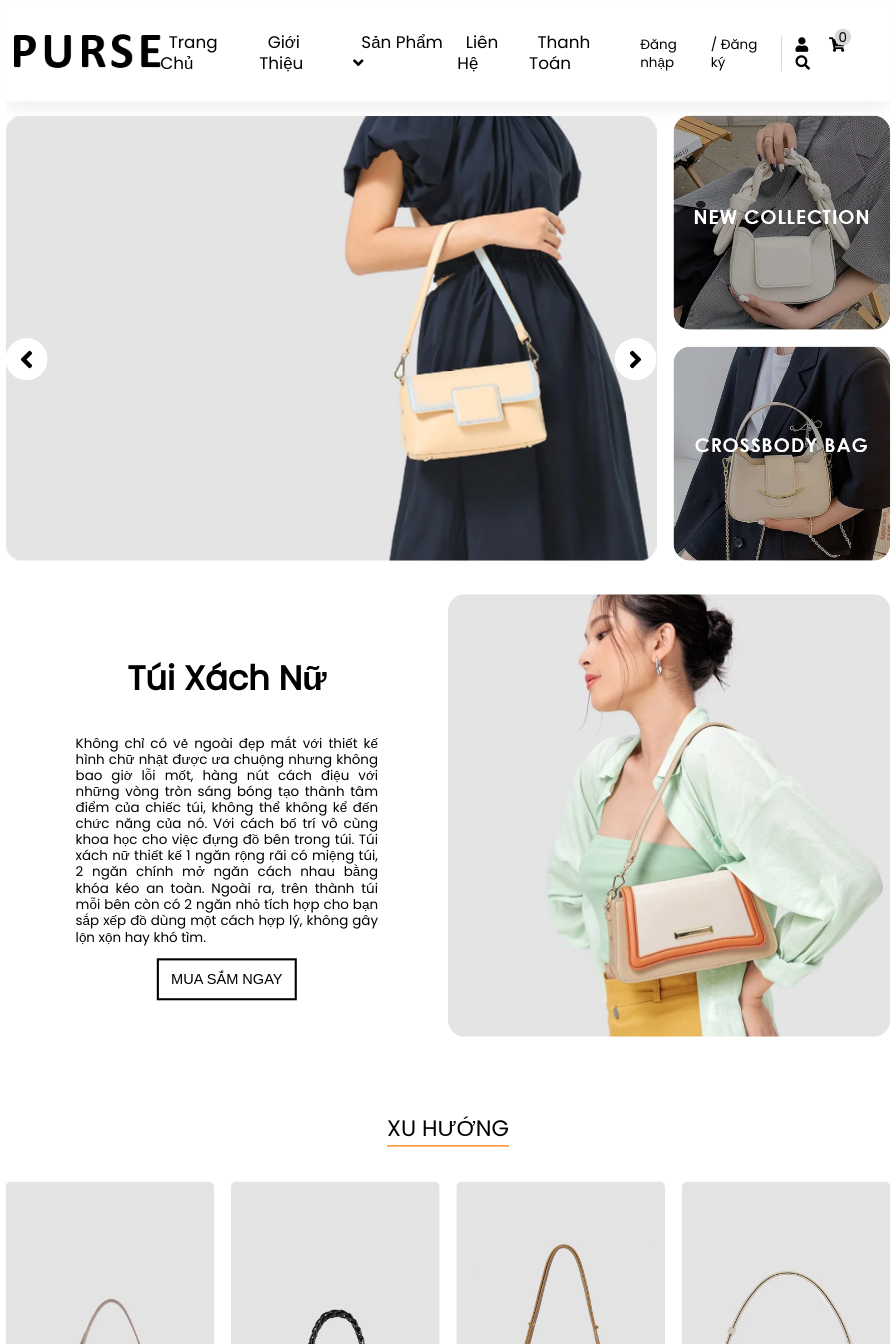
Repository: minh352623/project_firebase
Page: trangchu.html
An editor plug-in stored every save of this project. The page is shown before and after the next save, followed by the edit.
The browser window is 1280 px wide. The pictures show the part of the page from y = 0 to 1920 px (the page is 5552 px tall), at 70% of full size.
Backgrounds fixed to the window are drawn as part of the page. Some web libraries are served in a nearby version.

Above is the page before, as saved 2022-05-12 19:39:51.

After the next save:
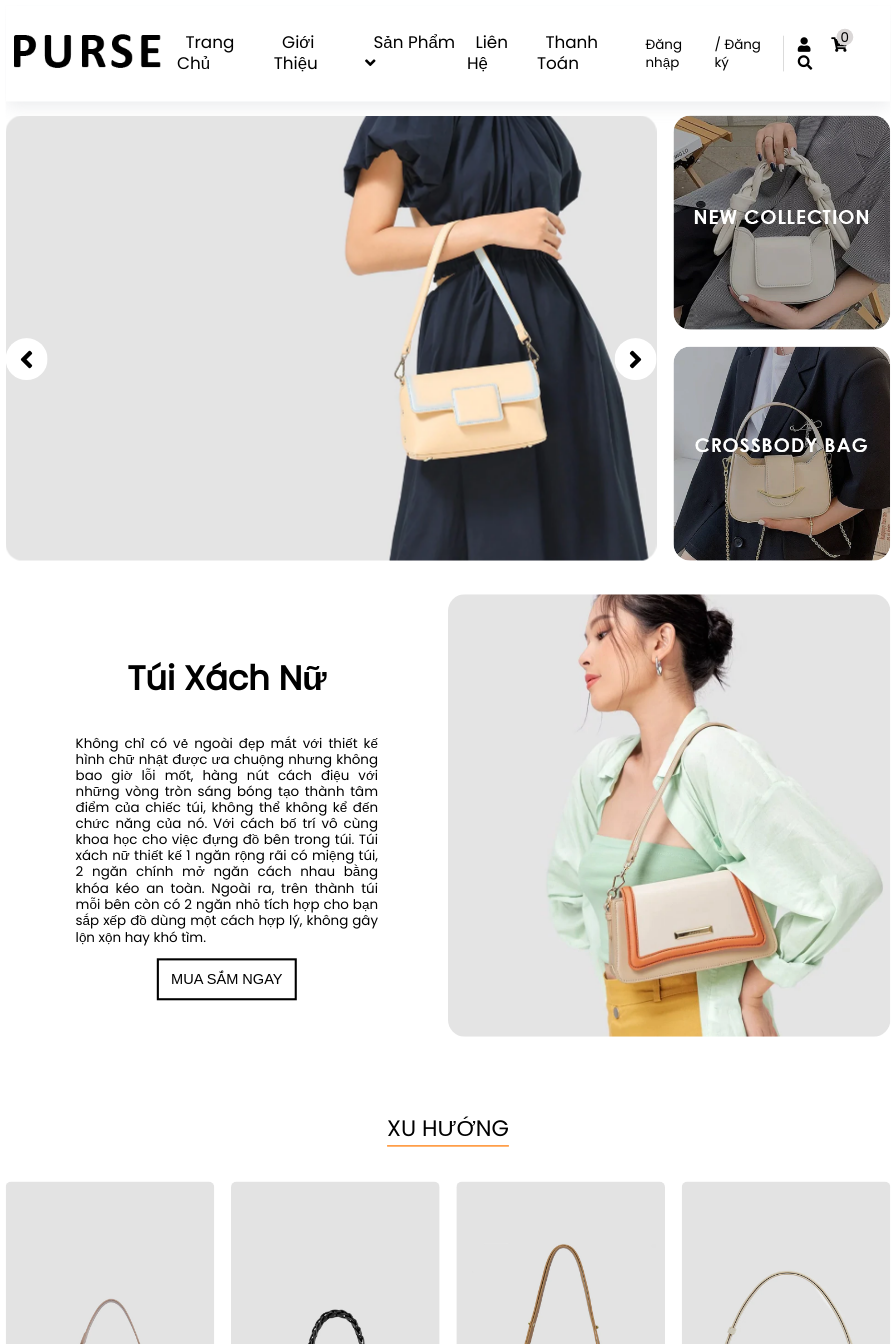
Saved 3 min 37 s later.
--- a/trangchu.html
+++ b/trangchu.html
@@ -34,7 +34,7 @@
         </div>
         <div class="navbar-link ">
           <ul class="navbar-link-list">
-            <li class="navbar-link-item mobile-heollo"></li>
+            <li class="navbar-link-item mobile-hello"></li>
 
             <li><a href="trangchu.html" class="navbar-link-item">Trang Chủ</a></li>
             <li><a href="introduce.html" class="navbar-link-item">Giới Thiệu</a></li>
